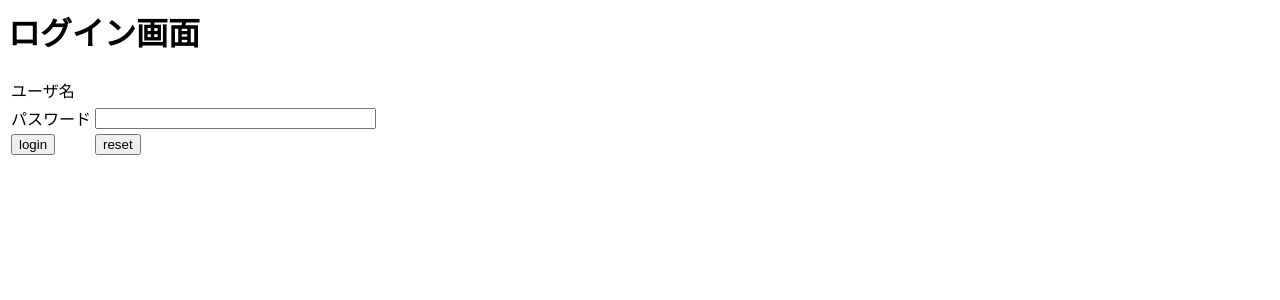
Repository: red-grampus/webApp
Page: http://localhost/TomcatTest/Login2
The author's editor kept a copy of each file at every save. The page is drawn from the files as they stood at one save, then again after the next save.
The browser window is 1280 px wide. The pictures show the whole page.
The page is served by Tomcat 9. Other server files are loaded and not shown.

Above is the page before, as saved 2015-11-03 13:38:13.

### TomcatTest/src/com/example/part1/Login2.java
package com.example.part1;

import java.io.IOException;
import java.io.PrintWriter;

import javax.servlet.ServletException;
import javax.servlet.annotation.WebServlet;
import javax.servlet.http.HttpServlet;
import javax.servlet.http.HttpServletRequest;
import javax.servlet.http.HttpServletResponse;
import javax.servlet.http.HttpSession;

/**
 * Servlet implementation class Login2
 */
@WebServlet("/Login2")
public class Login2 extends HttpServlet {
	private static final long serialVersionUID = 1L;

    /**
     * @see HttpServlet#HttpServlet()
     */
    public Login2() {
        super();
        // TODO Auto-generated constructor stub
    }

	/**
	 * @see HttpServlet#doGet(HttpServletRequest request, HttpServletResponse response)
	 */
	protected void doGet(HttpServletRequest request, HttpServletResponse response) throws ServletException, IOException {
		// TODO Auto-generated method stub

		response.setContentType("text/html; charset=Shift_JIS");
		PrintWriter out = response.getWriter();

		out.println("<html>");
		out.println("<head>");
		out.println("<title>ログインページ</title>");
		out.println("</head>");
		out.println("<body>");

		out.println("<h1>ログイン画面</h1>");

		HttpSession session = request.getSession(true);

		/*認証失敗から呼び出されたのかどうか*/
		Object status = session.getAttribute("status");

		if(status != null){
			out.println("<p>認証に失敗しました</p>");
			out.println("<p>再度ユーザ名とパスワードを入力して下さい</p>");

			session.setAttribute("status", null);
		}

		out.println("<form method=\"POST\" action=\"./LoginCheck\" name=\"loginform\">");
		out.println("<table>");
		out.println("<tr>");
		out.println("<td>ユーザ名</td>");
		out.println("<td><input=\"text\" name=\"user\" size=\"32\"></td>");
		out.println("</tr>");
		out.println("<tr>");
		out.println("<td>パスワード</td>");
		out.println("<td><input type=\"password\" name=\"pass\" size=\"32\"></td>");
		out.println("</tr>");
		out.println("<tr>");
		out.println("<td><input type=\"submit\" value=\"login\"></td>");
		out.println("<td><input type=\"reset\" value=\"reset\"></td>");
		out.println("</tr>");
		out.println("</table>");
		out.println("</form>");

		out.println("</body>");
		out.println("</html>");
	}

	/**
	 * @see HttpServlet#doPost(HttpServletRequest request, HttpServletResponse response)
	 */
	protected void doPost(HttpServletRequest request, HttpServletResponse response) throws ServletException, IOException {
		// TODO Auto-generated method stub
	}

}

After the next save:
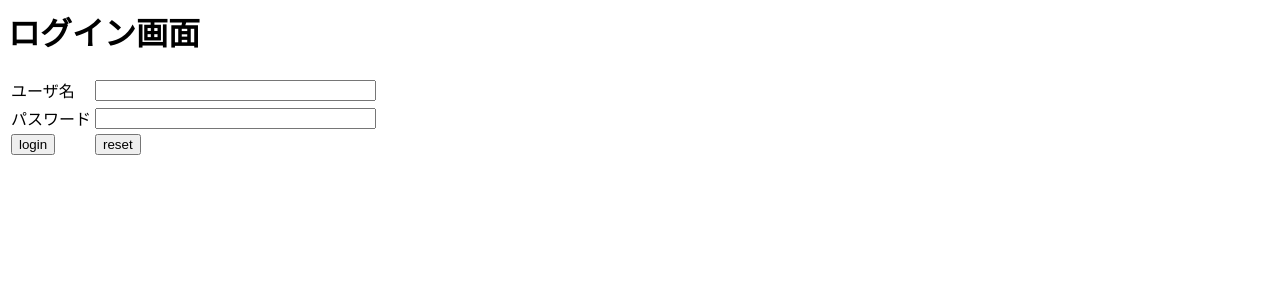
Saved 55 s later.
--- a/TomcatTest/src/com/example/part1/Login2.java
+++ b/TomcatTest/src/com/example/part1/Login2.java
@@ -58,7 +58,7 @@ public class Login2 extends HttpServlet {
 		out.println("<table>");
 		out.println("<tr>");
 		out.println("<td>ユーザ名</td>");
-		out.println("<td><input=\"text\" name=\"user\" size=\"32\"></td>");
+		out.println("<td><input type=\"text\" name=\"user\" size=\"32\"></td>");
 		out.println("</tr>");
 		out.println("<tr>");
 		out.println("<td>パスワード</td>");
